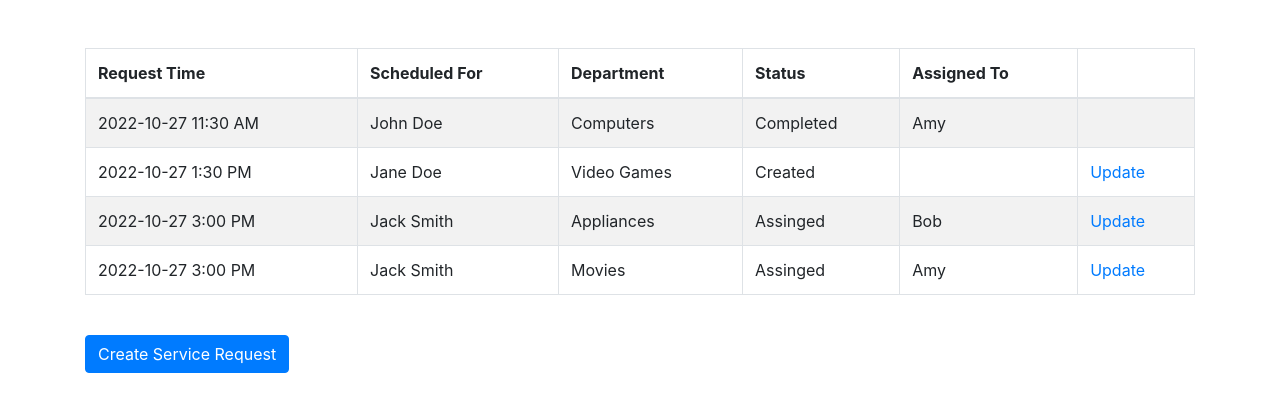
Repository: Thangtran1100/School-Stuff
Page: http://localhost/Helpdesk/DisplayRequest
The author's editor kept a copy of each file at every save. The page is drawn from the files as they stood at one save, then again after the next save.
The browser window is 1280 px wide. The pictures show the whole page.
The page is served by Tomcat 9.

Above is the page before, as saved 2023-04-04 03:42:12.

After the next save:
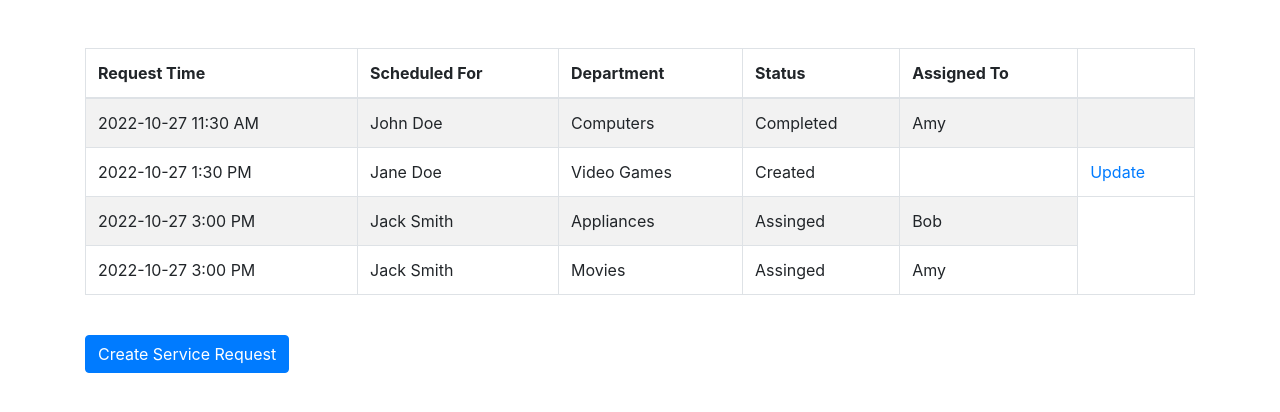
Saved 118 s later.
--- a/Spring 2023/CS3220/Assignments/3220-Midterm-App/Helpdesk/src/main/webapp/DisplayRequest.jsp
+++ b/Spring 2023/CS3220/Assignments/3220-Midterm-App/Helpdesk/src/main/webapp/DisplayRequest.jsp
@@ -47,9 +47,20 @@
 							</c:when>
 
 							<c:otherwise>
-								<td>
+								<c:choose>
+									<c:when test="${entry.getRequestStatus() eq 'Created'}">
+										<td>
 									<a href="CreatedUpdate?requestId=${entry.requestId}">Update</a>
 								</td>
+									</c:when>
+
+									<c:when test="${entry.getRequestStatus() eq 'Assigned'}">
+										<td>
+									<a href="AssignedUpdate?requestId=${entry.requestId}">Update</a>
+								</td>
+									</c:when>
+								</c:choose>
+
 							</c:otherwise>
 
 						</c:choose>

After the save that followed:
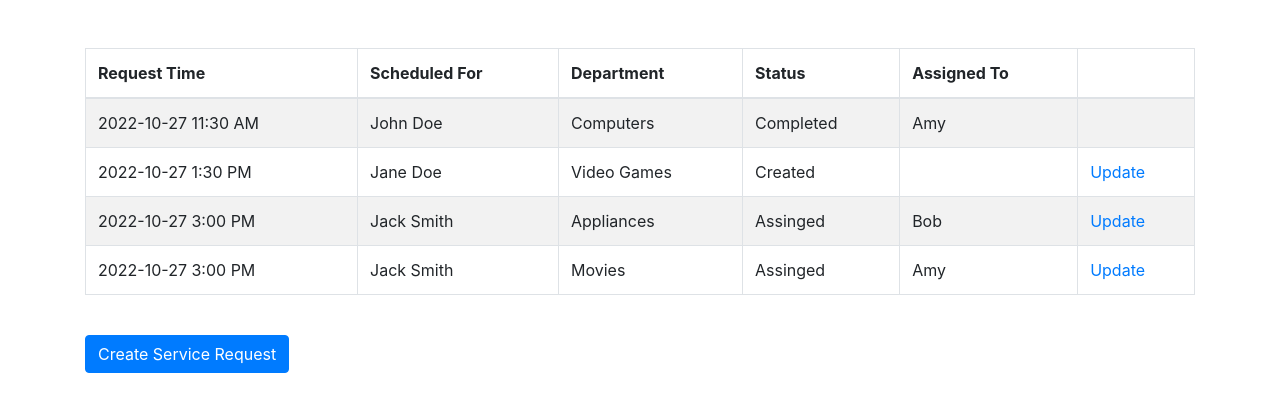
Saved 26 s later.
--- a/Spring 2023/CS3220/Assignments/3220-Midterm-App/Helpdesk/src/main/webapp/DisplayRequest.jsp
+++ b/Spring 2023/CS3220/Assignments/3220-Midterm-App/Helpdesk/src/main/webapp/DisplayRequest.jsp
@@ -54,7 +54,7 @@
 								</td>
 									</c:when>
 
-									<c:when test="${entry.getRequestStatus() eq 'Assigned'}">
+									<c:when test="${entry.getRequestStatus() eq 'Assinged'}">
 										<td>
 									<a href="AssignedUpdate?requestId=${entry.requestId}">Update</a>
 								</td>
